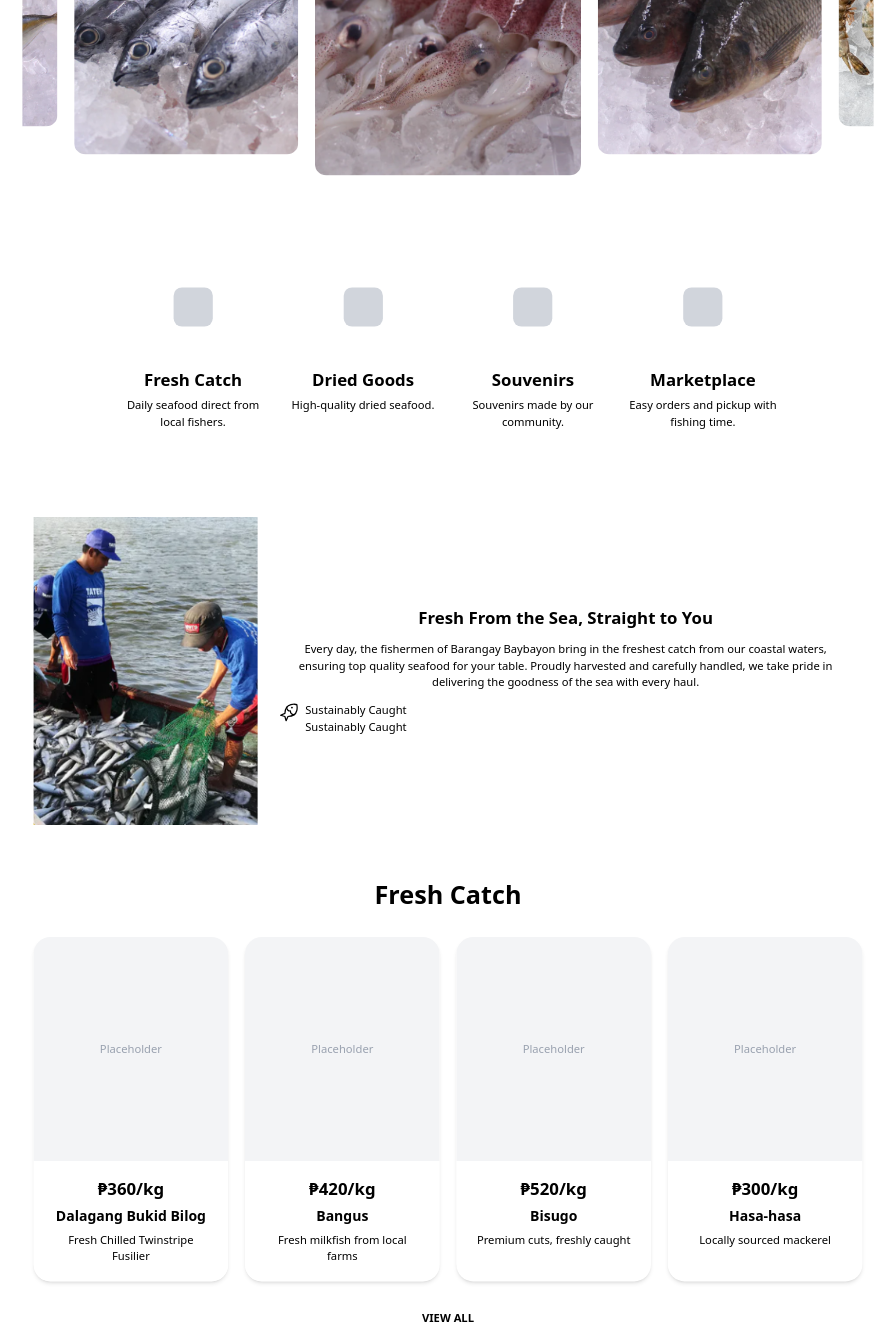
Repository: Coast2Card/coast2cart-frontend
Page: /
The author's editor kept a copy of each file at every save. The page is drawn from the files as they stood at one save, then again after the next save.
The browser window is 1280 px wide. The pictures show the part of the page from y = 862 to 2782 px (the page is 2945 px tall), at 70% of full size.
The project was rebuilt for these pictures with package versions that can differ from the ones it lists, and the page was loaded fresh each time. Also part of the build but not shown: vite.config.js, src/pages/Seafood.jsx, src/pages/Souvenirs.jsx, src/pages/About.jsx, src/pages/Cart.jsx, src/pages/Profile.jsx, src/pages/Colors.jsx.

Above is the page before, as saved 2025-09-07 15:43:13.

### index.html
<!DOCTYPE html>
<html lang="en" data-theme="coast2cart">
  <head>
    <meta charset="UTF-8" />
    <!-- <link rel="icon" type="image/svg+xml" href="/vite.svg" /> -->
    <meta name="viewport" content="width=device-width, initial-scale=1.0" />
    <title>Coast2Cart</title>
  </head>
  <body>
    <div id="root"></div>
    <script type="module" src="/src/main.jsx"></script>
  </body>
</html>

### src/App.jsx
import { Routes, Route } from "react-router-dom";
import Layout from "./components/Layout";
import Home from "./pages/Home";
import Seafood from "./pages/Seafood";
import Souvenirs from "./pages/Souvenirs";
import About from "./pages/About";
import Cart from "./pages/Cart";
import Profile from "./pages/Profile";
import Colors from "./pages/Colors";
import "./App.css";

function App() {
  return (
    <Routes>
      {/* Routes with shared layout */}
      <Route path="/" element={<Layout />}>
        <Route index element={<Home />} />
        <Route path="seafood" element={<Seafood />} />
        <Route path="souvenirs" element={<Souvenirs />} />
        <Route path="about" element={<About />} />
        <Route path="cart" element={<Cart />} />
        <Route path="profile" element={<Profile />} />
        <Route path="colors" element={<Colors />} />
      </Route>
    </Routes>
  );
}

export default App;

### src/components/Layout.jsx
import { Outlet } from "react-router-dom";
import Navbar from "./Navbar";

const Layout = () => {
  return (
    <div className="min-h-screen bg-base-200">
      {/* Navigation Header */}
      <Navbar />

      {/* Main Content */}
      <main className=" mx-auto  ">
        <Outlet />
      </main>

      {/* Footer */}
      <footer className="bg-base-100 border-t border-base-300 mt-auto">
        <div className="max-w-7xl mx-auto py-4 px-4 sm:px-6 lg:px-8">
          <p className="text-center text-base-content/70 text-sm">
            © 2024 Coast2Cart. All rights reserved.
          </p>
        </div>
      </footer>
    </div>
  );
};

export default Layout;

### src/pages/Home.jsx
import homeBanner from "../assets/images/home_banner.jpg";
import baybayonLogo from "../assets/logos/c2c_white_transparent.png";
import fish1 from "../assets/images/home_fish1.png";
import fish2 from "../assets/images/home_fish2.png";
import fish3 from "../assets/images/home_fish3.png";
import fish4 from "../assets/images/home_fish4.png";
import fish5 from "../assets/images/home_fish5.png";
import HomeFeatures from "../components/home/HomeFeatures";
import HomeFreshCatch from "../components/home/HomeFreshCatch";
import HomeGallery from "../components/home/HomeGallery";
const Home = () => {
  return (
    <main className="relative overflow-x-hidden">
      {/* Home Banner */}
      <section className="w-full h-[70vh] md:h-185 relative">
        <img
          src={homeBanner}
          alt="Home Banner"
          className="w-full h-full object-cover relative z-4"
          onError={(e) => {
            console.log("Image failed to load:", homeBanner);
            e.target.style.display = "none";
          }}
          onLoad={() => console.log("Image loaded successfully:", homeBanner)}
        />

        <div className="absolute inset-0 bg-black opacity-60 z-10"></div>

        <div className="absolute inset-0 z-20 flex items-start py-20 justify-center">
          <div className="text-center text-white">
            <h1 className="text-xl sm:text-2xl lg:text-3xl font-extrabold font-display mb-[-30px] sm:mb-[-30px] md:mb-[-35px] lg:mb-[-47px]">
              Sea the best of Baybayon, from
            </h1>
            <img
              className="w-6/8 sm:w-5/8 md:4/8 lg:3/8 max-w-270 h-auto mx-auto "
              src={baybayonLogo}
            />
            <button className="mt-[-10px] bg-secondary text-primary uppercase px-6 py-2 rounded-full text-md sm:text-lg font-semibold hover:bg-secondary/90 transition-colors">
              Shop Now
            </button>
          </div>
        </div>
      </section>
      <section className=" relative overflow-hidden w-[140vw] flex items-center justify-center gap-6 mb-25   z-30 -mt-61 sm:-mt-60 left-1/2 -translate-x-1/2">
        <img
          src={fish1}
          alt="Fish 1"
          className="min-w-60 sm:w-65 h-90 object-cover rounded-2xl"
        />
        <img
          src={fish2}
          alt="Fish 2"
          className="min-w-65 h-85 sm:w-80 sm:h-110 object-cover rounded-2xl"
        />
        <img
          src={fish3}
          alt="Fish 3"
          className="min-w-75 h-115 sm:w-95 sm:h-125 object-cover rounded-2xl"
        />
        <img
          src={fish4}
          alt="Fish 4"
          className="min-w-65 h-90 sm:w-80 sm:h-110 object-cover rounded-2xl"
        />
        <img
          src={fish5}
          alt="Fish 5"
          className="min-w-60 sm:w-65 h-90 object-cover rounded-2xl"
        />
      </section>
      <section className="max-w-8xl mx-auto p-4 flex flex-col">
        <HomeFeatures className="mb-25" />
        <HomeGallery />
        <HomeFreshCatch />
      </section>
    </main>
  );
};

export default Home;

### src/components/Navbar.jsx
import { Link, useLocation } from "react-router-dom";
import { useState } from "react";
import { navLinks } from "../data/navigation";
import c2cLogo from "../assets/logos/c2c_transparent.png";
import searchIcon from "../assets/icons/search.png";
import cartIcon from "../assets/icons/cart.png";
import profileIcon from "../assets/icons/profile.png";
import commentIcon from "../assets/icons/comment.png";
const Navbar = () => {
  const location = useLocation();
  const [isMobileMenuOpen, setIsMobileMenuOpen] = useState(false);

  const isActive = (path) => {
    return location.pathname === path;
  };

  const toggleMobileMenu = () => {
    setIsMobileMenuOpen(!isMobileMenuOpen);
  };

  const closeMobileMenu = () => {
    setIsMobileMenuOpen(false);
  };

  return (
    <nav className="bg-base-300 shadow-lg py-2 sticky top-0 z-50">
      <div className="mx-auto px-6 sm:px-6 lg:px-8">
        <div className="flex justify-between h-16">
          <div className="flex items-center">
            <Link to="/" className="flex-shrink-0">
              <img src={c2cLogo} alt="Coast2Cart" className="h-17" />
            </Link>
          </div>

          {/* Desktop Navigation */}
          <div className="hidden md:flex items-center space-x-8">
            {navLinks.map((link) => (
              <Link
                key={link.path}
                to={link.path}
                className={`px-3 py-2 rounded-md text-md font-bold transition-colors ${
                  isActive(link.path)
                    ? " text-accent after:content-[''] after:block after:w-full after:h-0.5 after:bg-accent after:rounded-full"
                    : "text-black hover:text-primary hover:bg-base-200"
                }`}
              >
                {link.label}
              </Link>
            ))}
          </div>

          {/* Desktop Icons - Hidden on mobile */}
          <div className="hidden md:flex items-center gap-4 lg:gap-6">
            <img
              src={searchIcon}
              alt="Search"
              className="h-5 w-5 lg:h-5.5 lg:w-5.5 hover:cursor-pointer hover:opacity-60 transition-opacity duration-300"
            />
            <img
              src={commentIcon}
              alt="Comment"
              className="h-5 w-5 lg:h-5.5 lg:w-5.5 hover:cursor-pointer hover:opacity-60 transition-opacity duration-300"
            />
            <img
              src={cartIcon}
              alt="Cart"
              className="h-5 w-5 lg:h-5.5 lg:w-5.5 hover:cursor-pointer hover:opacity-60 transition-opacity duration-300"
            />
            <img
              src={profileIcon}
              alt="Profile"
              className="h-5 w-5 lg:h-5.5 lg:w-5.5 hover:cursor-pointer hover:opacity-60 transition-opacity duration-300"
            />
          </div>

          {/* Mobile menu button */}
          <div className="md:hidden flex items-center">
            <button
              onClick={toggleMobileMenu}
              className="inline-flex items-center justify-center p-2 rounded-md text-base-content hover:text-primary hover:bg-base-200 focus:outline-none focus:ring-2 focus:ring-inset focus:ring-primary"
              aria-expanded="false"
            >
              <span className="sr-only">Open main menu</span>
              {!isMobileMenuOpen ? (
                <svg
                  className="block h-6 w-6"
                  xmlns="http://www.w3.org/2000/svg"
                  fill="none"
                  viewBox="0 0 24 24"
                  stroke="currentColor"
                  aria-hidden="true"
                >
                  <path
                    strokeLinecap="round"
                    strokeLinejoin="round"
                    strokeWidth="2"
                    d="M4 6h16M4 12h16M4 18h16"
                  />
                </svg>
              ) : (
                <svg
                  className="block h-6 w-6"
                  xmlns="http://www.w3.org/2000/svg"
                  fill="none"
                  viewBox="0 0 24 24"
                  stroke="currentColor"
                  aria-hidden="true"
                >
                  <path
                    strokeLinecap="round"
                    strokeLinejoin="round"
                    strokeWidth="2"
                    d="M6 18L18 6M6 6l12 12"
                  />
                </svg>
              )}
            </button>
          </div>
        </div>
      </div>

      {/* Mobile Navigation Menu */}
      <div className={`md:hidden ${isMobileMenuOpen ? "block" : "hidden"}`}>
        <div className="px-2 pt-2 pb-3 space-y-1 sm:px-3 bg-base-100 border-t border-base-300">
          {navLinks.map((link) => (
            <Link
              key={link.path}
              to={link.path}
              onClick={closeMobileMenu}
              className={`block px-3 py-2 rounded-md text-base font-medium transition-colors ${
                isActive(link.path)
                  ? "bg-primary text-primary-content"
                  : "text-base-content hover:text-primary hover:bg-base-200"
              }`}
            >
              {link.label}
            </Link>
          ))}

          {/* Mobile Icons */}
          <div className="flex items-center justify-center gap-6 pt-4 border-t border-base-300 mt-4">
            <img
              src={searchIcon}
              alt="Search"
              className="h-6 w-6 hover:cursor-pointer hover:opacity-60 transition-opacity duration-300"
            />
            <img
              src={commentIcon}
              alt="Comment"
              className="h-6 w-6 hover:cursor-pointer hover:opacity-60 transition-opacity duration-300"
            />
            <img
              src={cartIcon}
              alt="Cart"
              className="h-6 w-6 hover:cursor-pointer hover:opacity-60 transition-opacity duration-300"
            />
            <img
              src={profileIcon}
              alt="Profile"
              className="h-6 w-6 hover:cursor-pointer hover:opacity-60 transition-opacity duration-300"
            />
          </div>
        </div>
      </div>
    </nav>
  );
};

export default Navbar;

### src/components/home/HomeFeatures.jsx
import cartIcon from "../../assets/icons/cart.png";
import commentIcon from "../../assets/icons/comment.png";
import profileIcon from "../../assets/icons/profile.png";
import searchIcon from "../../assets/icons/search.png";

const features = [
  {
    icon: cartIcon,
    title: "Fresh Catch",
    description: "Daily seafood direct from local fishers.",
  },
  {
    icon: searchIcon,
    title: "Dried Goods",
    description: "High-quality dried seafood.",
  },
  {
    icon: commentIcon,
    title: "Souvenirs",
    description: "Souvenirs made by our community.",
  },
  {
    icon: profileIcon,
    title: "Marketplace",
    description: "Easy orders and pickup with fishing time.",
  },
];

const HomeFeatures = ({ className = "" }) => {
  return (
    <article className={` mx-auto w-full ${className}`}>
      <section className="grid grid-cols-1 sm:grid-cols-2 space-y-6 lg:grid-cols-4 gap-6 sm:w-[95%] lg:w-[90%] xl:w-[80%] mx-auto">
        {features.map((item, index) => (
          <div
            key={index}
            className="flex flex-col items-center justify-start gap-2"
          >
            <div className="bg-accent mb-2 p-11 sm:p-11 flex justify-center items-center rounded-full">
              <div className="bg-gray-300 rounded-xl p-1 h-14 w-14"></div>
            </div>
            <h3 className="text-2xl font-bold text-primary">{item.title}</h3>
            <h3 className="text-md text-center">{item.description}</h3>
          </div>
        ))}
      </section>
    </article>
  );
};

export default HomeFeatures;

### src/components/home/HomeFreshCatch.jsx
const freshCatchItems = [
  {
    id: 1,
    price: "₱360/kg",
    name: "Dalagang Bukid Bilog",
    description: "Fresh Chilled Twinstripe Fusilier",
    image: null,
  },
  {
    id: 2,
    price: "₱420/kg",
    name: "Bangus",
    description: "Fresh milkfish from local farms",
    image: null,
  },
  {
    id: 3,
    price: "₱520/kg",
    name: "Bisugo",
    description: "Premium cuts, freshly caught",
    image: null,
  },
  {
    id: 4,
    price: "₱300/kg",
    name: "Hasa-hasa",
    description: "Locally sourced mackerel",
    image: null,
  },
];

const HomeFreshCatch = ({ className = "" }) => {
  return (
    <div className={`flex flex-col text-center ${className}`}>
      <h1 className="text-4xl font-bold text-accent mb-10">Fresh Catch</h1>
      <section className="grid grid-cols-1 sm:grid-cols-2 xl:grid-cols-4  gap-6 mb-8">
        {freshCatchItems.map((item) => (
          <div
            key={item.id}
            className="flex flex-col shadow-md overflow-hidden rounded-3xl"
          >
            <div className="bg-gray-100 h-80 flex items-center justify-center text-gray-400">
              Placeholder
            </div>
            <div className="bg-white p-6  flex flex-col gap-2 text-center items-center justify-center">
              <h3 className="text-success text-2xl font-bold">{item.price}</h3>
              <h3 className="text-black font-bold text-xl">{item.name}</h3>
              <p className="text-md">{item.description}</p>
            </div>
          </div>
        ))}
      </section>
      <div className="mb-20">
        <button className="bg-secondary text-primary uppercase px-6 py-2 rounded-full text-md font-semibold hover:bg-secondary/90 transition-colors">
          View All
        </button>
      </div>
    </div>
  );
};

export default HomeFreshCatch;

### src/components/home/HomeGallery.jsx
import React from "react";
import homeGallery1 from "../../assets/images/home_gallery1.png";
import FishIcon from "../icons/FishIcon";
const HomeGallery = () => {
  return (
    <div className="w-full flex gap-4 mb-20 ">
      <div className="flex-1 min-w-80 w-full h-110 ">
        <img src={homeGallery1} className="w-full h-full object-cover  " />
      </div>
      <div className=" flex flex-col min-w-20  p-4 gap-4 justify-center">
        <h2 className="font-bold text-2xl text-primary">
          Fresh From the Sea, Straight to You
        </h2>
        <p className="text-md">
          Every day, the fishermen of Barangay Baybayon bring in the freshest
          catch from our coastal waters, ensuring top quality seafood for your
          table. Proudly harvested and carefully handled, we take pride in
          delivering the goodness of the sea with every haul.
        </p>
        <div className="flex gap-2 text-primary">
          <div className="h-7 w-7 font-bold">
            <FishIcon />
          </div>
          <div className="flex flex-col">
            <h3>Sustainably Caught</h3>
            <h3>Sustainably Caught</h3>
          </div>
        </div>
      </div>
    </div>
  );
};

export default HomeGallery;

### src/data/navigation.js
// Navigation links data
export const navLinks = [
  { path: "/", label: "Home" },
  { path: "/seafood", label: "Seafood" },
  { path: "/souvenirs", label: "Souvenirs" },
  { path: "/about", label: "About" },
  // { path: "/cart", label: "Cart" },
  // { path: "/profile", label: "Profile" },
  // { path: "/colors", label: "Colors" },
];

### src/components/icons/FishIcon.jsx
import React from "react";

const FishIcon = () => {
  return (
    <div>
      <svg xmlns="http://www.w3.org/2000/svg" viewBox="0 0 256 256">
        <rect fill="none" />
        <circle cx="156" cy="76" r="12" className="fill-primary" />
        <path
          d="M8,175.87l56.07,16.06,16,56.07,24-56.07C258.51,188.26,220,38.68,219,37c-1.73-1-151.25-39.46-155,114.9Z"
          fill="none"
          stroke="currentColor"
          stroke-linecap="round"
          stroke-linejoin="round"
          stroke-width="16"
        />
        <path
          d="M185.82,167.62A44,44,0,0,1,136.2,119.8,44,44,0,0,1,88.38,70.21"
          fill="none"
          stroke="currentColor"
          stroke-linecap="round"
          stroke-linejoin="round"
          stroke-width="16"
        />
      </svg>
    </div>
  );
};

export default FishIcon;

Loaded but not shown: src/main.jsx (common file); src/index.css (common file); src/App.css (common file)

After the next save:
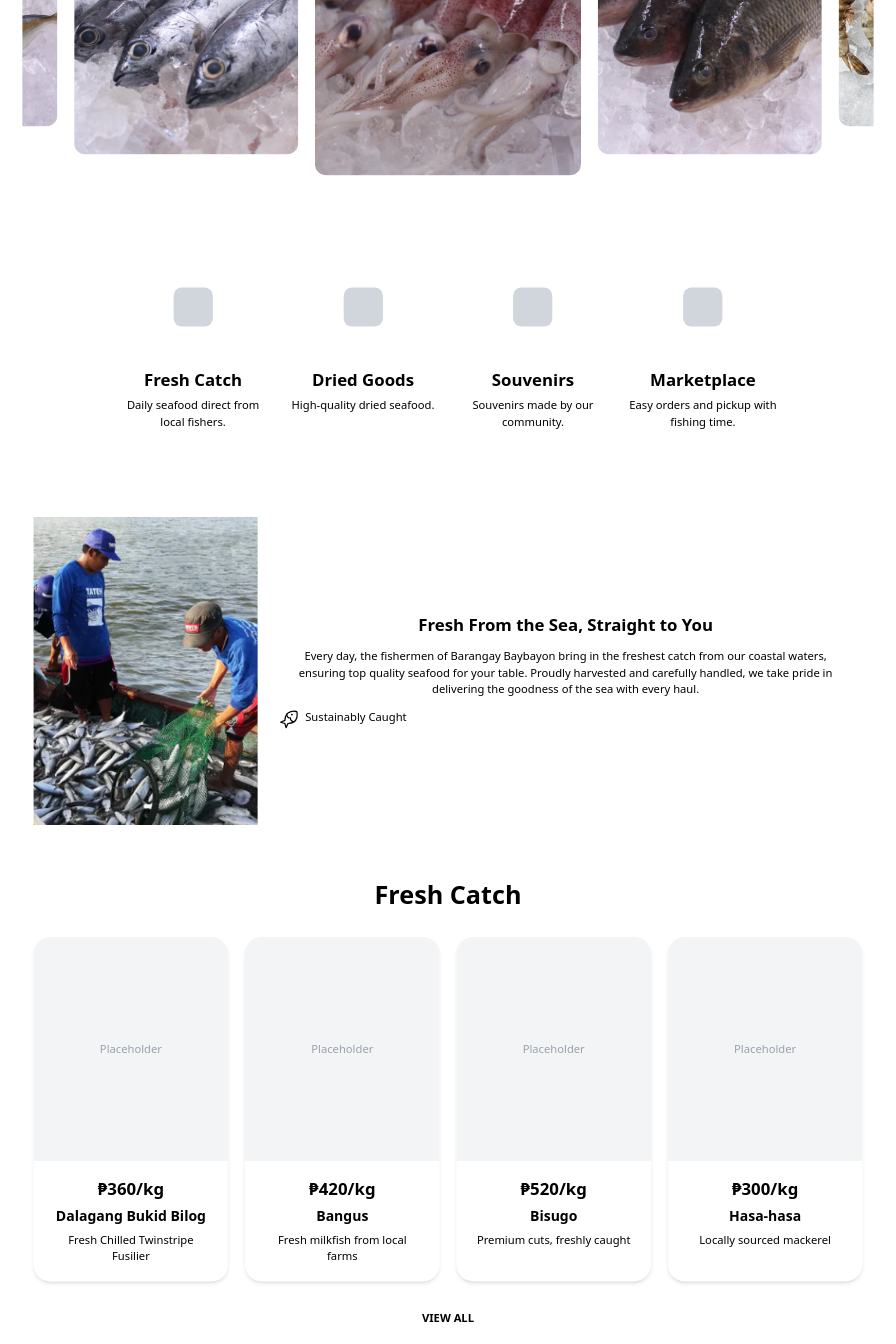
Saved 13 s later.
--- a/src/components/home/HomeGallery.jsx
+++ b/src/components/home/HomeGallery.jsx
@@ -23,7 +23,6 @@ const HomeGallery = () => {
           </div>
           <div className="flex flex-col">
             <h3>Sustainably Caught</h3>
-            <h3>Sustainably Caught</h3>
           </div>
         </div>
       </div>
